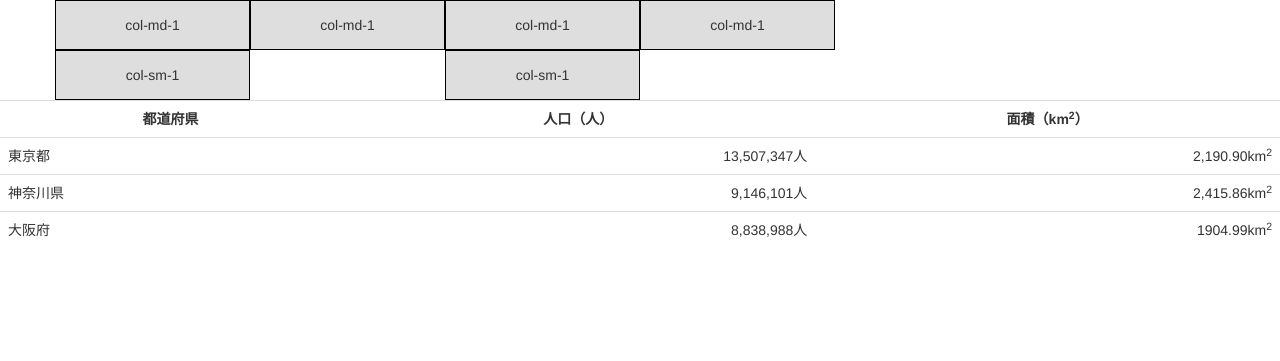
Repository: honokah/microposts
Page: Bootstrap/bootstrap_lesson.html
The author's editor kept a record of every edit. The page is drawn from the files as they stood at one moment, then again after the next edit.
The browser window is 1280 px wide. The pictures show the whole page.

Above is the page before.

### Bootstrap/bootstrap_lesson.html
<!DOCTYPE html>
<html>
    <head>
        <meta charset="utf-8">
        <meta http-equiv="X-UA-Compatible" content="IE=edge">
        <meta name="viewport" content="width=device-width, initial-scale=1">

        <title>Grid System Test</title>

        <!-- Bootstrap CSS-->
        <link rel="stylesheet" href="https://maxcdn.bootstrapcdn.com/bootstrap/3.3.7/css/bootstrap.min.css">
        <!-- jQuery -->
        <script src="https://ajax.googleapis.com/ajax/libs/jquery/1.12.4/jquery.min.js"></script>
        <!-- Bootstrap JavaScript-->
        <script src="https://maxcdn.bootstrapcdn.com/bootstrap/3.3.7/js/bootstrap.min.js"></script>

        <style>
            .row div {
                border: 1px solid #000;
                padding: 1em;
                text-align: center;
                background-color: #dedede;
            }
        </style>

    </head>
    <body>
        <div class="container">
            <div class="row">
                <div class="col-md-2">col-md-1</div>
                <div class="col-md-2">col-md-1</div>
                <div class="col-md-2">col-md-1</div>
                <div class="col-md-2">col-md-1</div>
            </div>

          <div class="row">
               <div class="col-sm-2">col-sm-1</div>
               <div class="col-sm-offset-2 col-sm-2">col-sm-1</div>
          </div>
        </div>

        <table class="table">
    <tr>
        <th class="text-center">都道府県</th>
        <th class="text-center">人口（人）</th>
        <th class="text-center">面積（km<sup>2</sup>）</th>
    </tr>
    <tr>
        <td>東京都</td>
        <td class="text-right">13,507,347人</td>
        <td class="text-right">2,190.90km<sup>2</sup></td>
    </tr>
    <tr>
        <td>神奈川県</td>
        <td class="text-right">9,146,101人</td>
        <td class="text-right">2,415.86km<sup>2</sup></td>
    </tr>
    <tr>
        <td>大阪府</td>
        <td class="text-right">8,838,988人</td>
        <td class="text-right">1904.99km<sup>2</sup></td>
    </tr>
</table>



    </body>
</html>

After the next edit:
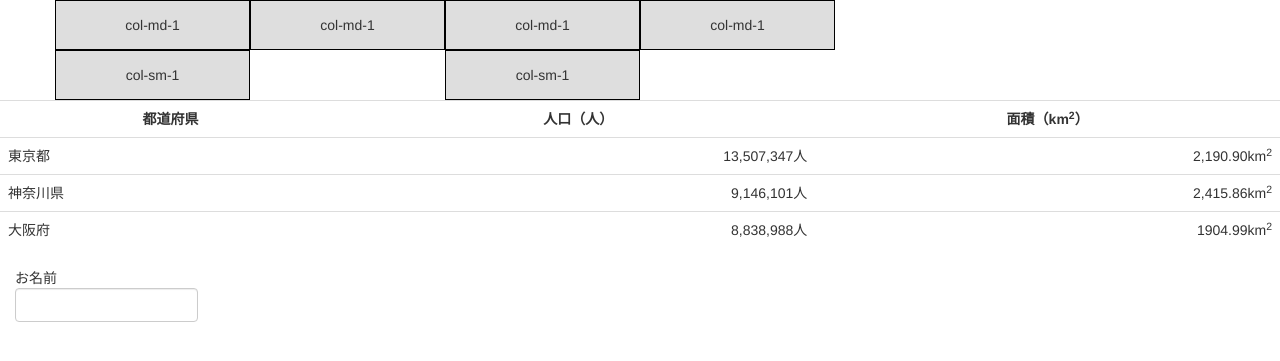
The edit:
--- a/Bootstrap/bootstrap_lesson.html
+++ b/Bootstrap/bootstrap_lesson.html
@@ -62,6 +62,10 @@
     </tr>
 </table>
 
+        <form class="col-md-2">
+    お名前
+    <input type="text" class="form-control">
+</form>
 
 
     </body>
